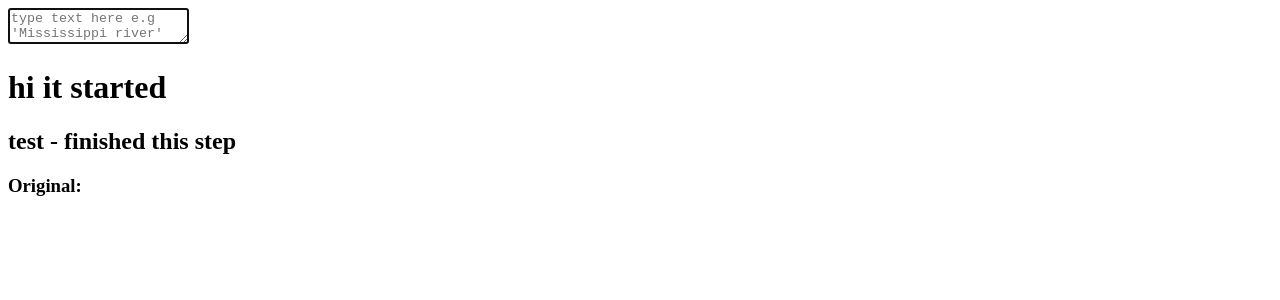
Repository: rdass1/HuffmanCoding-Decoding
Page: index.html
An editor plug-in stored every save of this project. The page is shown before and after the next save, followed by the edit.
The browser window is 1280 px wide. The pictures show the whole page.

Above is the page before, as saved 2021-11-27 00:54:48.

### index.html
<!DOCTYPE html>
<html>
<head>
    <meta charset="UTF-8">
    <meta name="viewport" content="width=device-width, initial-scale=1.0">
    <meta http-equiv="X-UA-Compatible" content="ie=edge">
    <title>HuffmanCoding-Decoding</title>
    <link rel="stylesheet" href="style.css">

</head>
<body>

    <textarea type="text" id="encoderInput" placeholder="type text here e.g 'Mississippi river'" autofocus></textarea>
    <h1>hi it started</h1>
    <h2>test - finished this step</h2>
    <h3 id="charCodesInOrder">Original:<br></h3>
    <h3 id="charCodes"></h3>
    <h3 id="charCodesVerbose"></h3>
    <canvas></canvas>






    <script src="https://d3js.org/d3.v7.min.js"></script>
    <script src="./javascript/huffmanNode.js"></script>
    <script src="./javascript/draw.js"></script>
    <script src="./javascript/updater.js"></script>
    <script src="./javascript/index.js"></script>
</body>
</html>

### javascript/huffmanNode.js
class HuffmanNode{
    constructor(){
        this.data = 0;
        this.c = '';
        this.code = '';
        this.left = null;
        this.right = null;
    }
}

function HuffmanCoding(){

}
HuffmanCoding.prototype = {
    createTree: function(string){
        var sortedFrequency = sortFrequency(frequency(string));


        var charArray = [];
        var charFreq = [];

        sortedFrequency.forEach(x => charArray.push(x[0]));
        sortedFrequency.forEach(x => charFreq.push(x[1]));

        let n = charArray.length;
        let queue = [];



        for(var i = 0; i < n; i++){
            let huffNode = new HuffmanNode();
            huffNode.c = charArray[i];
            huffNode.data = charFreq[i];
            huffNode.left = null;
            huffNode.right = null;
            queue.push(huffNode);

        }

        var root = null;
        queue.sort(function(a,b){return a.data-b.data});

        while(queue.length>1){
            var x = queue[0];
            queue.shift();
            var y = queue[0];
            queue.shift();
            var f = new HuffmanNode();
            f.data = x.data + y.data;
            f.c = '-';
            f.left = x;
            f.right = y;
            root = f;
            queue.push(f);
            queue.sort(function(a,b){return a.data-b.data});
        }
        return root;
    },
    printCode: function(root, s){
        if(root == null){
            return;
        }
        if (root.left == null && root.right == null && ((root.c).toLowerCase()) != ((root.c).toUpperCase())){
            root.code += s;
            document.getElementById("charCodesVerbose").innerHTML +=root.c + ":" + s+"<br>";
            return;
        }
        this.printCode(root.left,s+"0");
        this.printCode(root.right,s+"1");

    },
    printEncodedCode: function(root){
        if(root == null){
            return;
        }
        if (root.left == null && root.right == null && ((root.c).toLowerCase()) != ((root.c).toUpperCase())){
            for(var i = 0; i < root.data;i++){
                document.getElementById("charCodes").innerHTML += root.code;
            }
            return;
        }
        console.log('hi');
        this.printEncodedCode(root.left);
        this.printEncodedCode(root.right);

    },
    clearTable: function(){
        document.getElementById("charCodes").innerHTML = "";
        document.getElementById("charCodesVerbose").innerHTML = "";
    }
}

### javascript/draw.js

function drawGraph(HuffmanTable) {
    //parse data
    var list = [].concat(HuffmanTable),
        tableSize = HuffmanTable.length;

    while (list.length > 1) {
        var y = list.pop();
        var x = list.pop();
        var obj = {
            'value': x.value + y.value,
            'children': [x, y]
        }
        list.push(obj);
    }

    // Draw graph
    var margin = {
            top: 25,
            right: 5,
            bottom: 5,
            left: 5
        },
        width = (70 * tableSize) - margin.right - margin.left,
        height = (70 * tableSize) - margin.top - margin.bottom;

    var i = 0;

    var tree = d3.layout.tree().size([height, width]);
    var diagonal = d3.svg.diagonal().projection(function(d) {
        return [d.x, d.y];
    });
    var svg = d3.select("canvas").append("svg")
        .attr("width", width + margin.right + margin.left).attr("height", height + margin.top + margin.bottom)
        .append("g")
        .attr("transform", "translate(" + margin.left + "," + margin.top + ")");


    root = list.pop();

    var nodes = tree.nodes(root),
        links = tree.links(nodes);

    nodes.forEach(function(d) {
        d.y = d.depth * 70;
    });

    var gNode = svg.selectAll("g.node")
        .data(nodes, function(d) {
            return d.id || (d.id = ++i);
        });

    var nodeEnter = gNode.enter().append("g")
        .attr("class", "node")
        .attr("transform", function(d) {
            return "translate(" + d.x + "," + d.y + ")";
        });

    var circle = nodeEnter.append("circle")
        .attr("r", 0);

    circle.transition()
        .delay(function(d, i) {
            return i * 80;
        })
        .attr("r", 20)
        .style("fill", function(d, i) {
            return d.children || d._children ? '#FFE066' : '#fff';
        })
        .duration(1000)
        .ease('elastic');

    //Enter the char
    var charText = nodeEnter.append('text')
        .attr('y', 5)
        .attr("text-anchor", "middle")
        .style('font-size', function(d, i) {
            if (d.value.length > 14) {
                return 8;
            }

            return 12;
        });

    charText.transition()
        .delay(function(d, i) {
            return i * 90;
        })
        .text(function(d) {
            return d.value;
        });

    //Enter the code & frequency
    var codeText = nodeEnter.append('text')
        .attr("y", 40)
        .attr("id", "code")
        .attr("text-anchor", "middle")
        .style('display', 'none')
        .style('font-size', function(d, i) {
            if (d.code) {
                if (d.code.length > 14) {
                    return 8;
                }
            }
            return 11;
        })
        .style('font-weight', 'normal')
        .text(function(d, i) {
            return d.code;
        })

    gNode.on('mouseover', function() {
        d3.select(this).select('#code')
            .style('display', 'block');

    }).on('mouseout', function() {
        d3.select(this).select('#code')
            .style('display', 'none');
    })

    //Enter the path code  0/1
    var pathText = nodeEnter.append('text')
        .attr("y", -30)
        .style('font-size', '10px');

    pathText.transition()
        .delay(function(d, i) {
            return i * 85;
        })
        .text(function(d) {
            return d.code ? d.code.substr(d.code.length - 1) : 1
        });


    //PATH
    var path = svg.selectAll("path.link")
        .data(links, function(d) {
            return d.target.id;
        });

    var pathT = path.enter().insert("path", "g")
        .attr("class", "link");

    pathT.transition()
        .delay(function(d, i) {
            return i * 85;
        })
        .attr("d", diagonal);
}

### javascript/updater.js
var huffmanCoding = new HuffmanCoding();



var encoder = document.getElementById('encoderInput');


encoder.addEventListener('input',
    function inputListener(e){

        var root = huffmanCoding.createTree(encoder.value);
        huffmanCoding.clearTable();

        huffmanCoding.printCode(root,"");
        huffmanCoding.printEncodedCode(root);

        console.clear();
        print(root);
    }

);

### javascript/index.js




const print = (x) => console.log(x);



let frequency = (string) => {
    var freqDict = {}
    for (var i=0; i<string.length;i++) {
        var character = string.charAt(i);
        if (freqDict[character]) {
            freqDict[character]++;
        } else {
            freqDict[character] = 1;
        }
    }

    return freqDict;
}

let sortFrequency = (dict) => {
    var items = Object.keys(dict).map(function(key) {
        return [key, dict[key]];
    });

    items.sort(function(first, second){
        return  first[1] - second[1];
    });
    return items;
}





var string = "AAAAABBBBBBBBBCCCCCCCCCCCCDDDDDDDDDDDDDEEEEEEEEEEEEEEEEFFFFFFFFFFFFFFFFFFFFFFFFFFFFFFFFFFFFFFFFFFFFF";

// function run(string){

// }


function printCode(root,s){

}


// print(huffmanCoding.createTree(string));
// print(HuffmanCoding.createTree(string));
// printCode(root,"");

Loaded but not shown: style.css (no stored copy; drawn as an empty file)

After the next save:
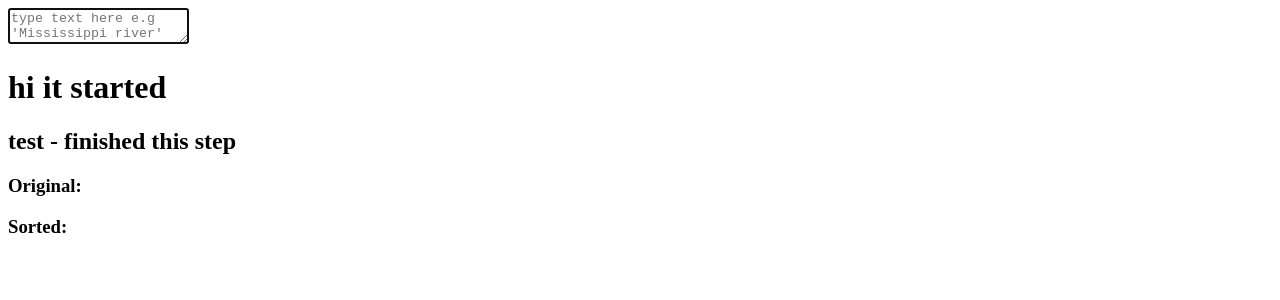
Saved 7 s later.
--- a/index.html
+++ b/index.html
@@ -14,7 +14,7 @@
     <h1>hi it started</h1>
     <h2>test - finished this step</h2>
     <h3 id="charCodesInOrder">Original:<br></h3>
-    <h3 id="charCodes"></h3>
+    <h3 id="charCodes">Sorted:<br></h3>
     <h3 id="charCodesVerbose"></h3>
     <canvas></canvas>
 
